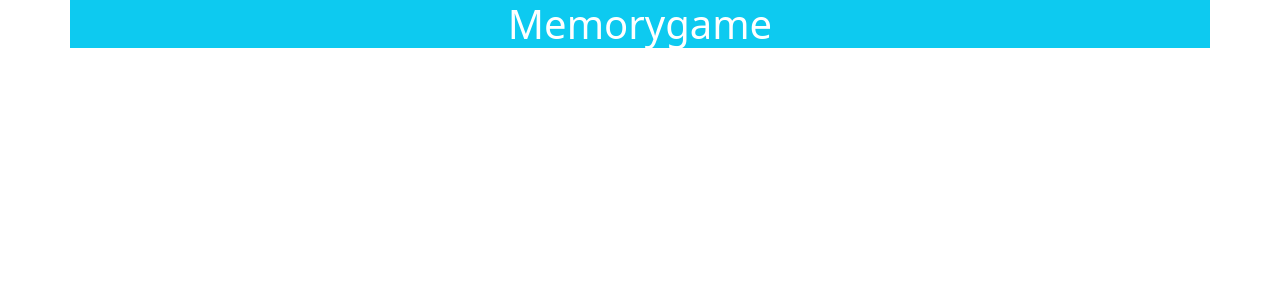
Repository: zsanber/memorygame
Page: /
An editor plug-in stored every save of this project. The page is shown before and after the next save, followed by the edit.
The browser window is 1280 px wide. The pictures show the whole page.
The project was rebuilt for these pictures with package versions that can differ from the ones it lists, and the page was loaded fresh each time.

Above is the page before, as saved 2022-02-06 10:37:33.

After the next save:
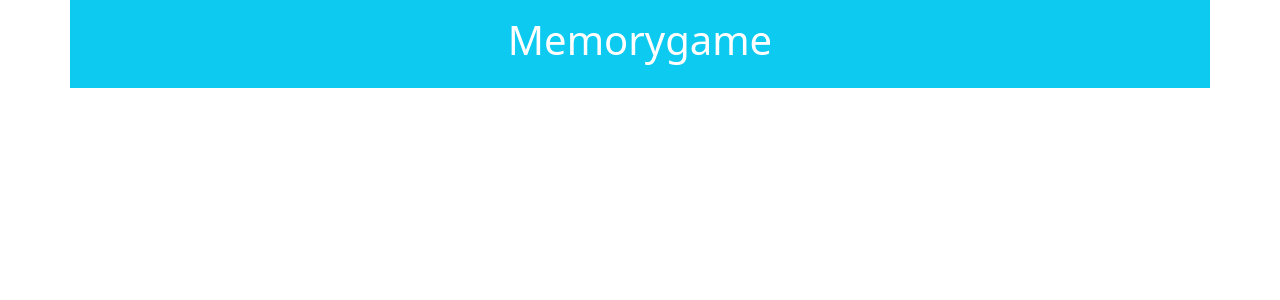
Saved 5 s later.
--- a/src/App.css
+++ b/src/App.css
@@ -1,4 +1,4 @@
 .container {
   max-width: 800px;
-  padding:
+  padding: 1rem;
 }
